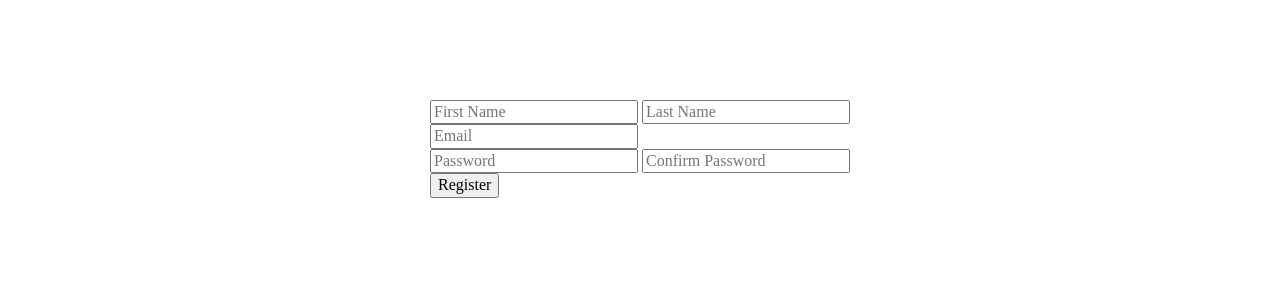
Repository: AMAmine89/vanilla-projects
Page: formo/index.html
These files come from the project's save history. The page is drawn as it stood at one moment and after the next save; the edit follows.
The browser window is 1280 px wide. The pictures show the whole page.

Above is the page before, as saved 2021-05-05 04:02:07.

After the next save:
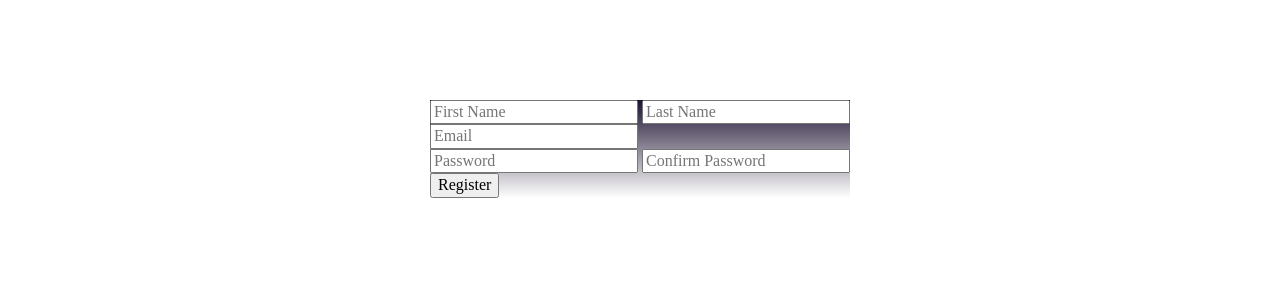
Saved 99 s later.
--- a/formo/style.css
+++ b/formo/style.css
@@ -5,5 +5,9 @@
 }
 
 form {
+    background: linear-gradient(rgb(29, 18, 49), white);
+}
+
+.double-block {
 
 }
